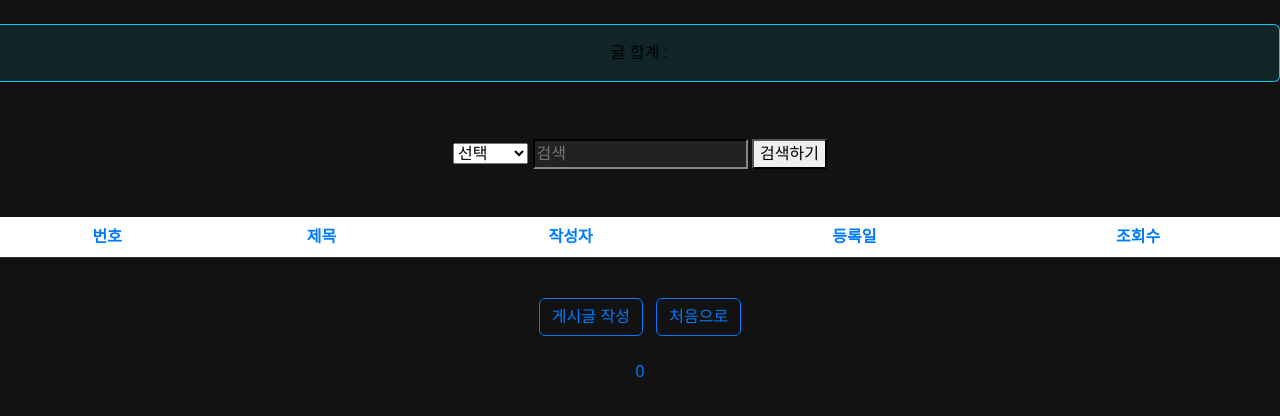
Repository: bbqju13/simai
Page: http://localhost/zip/WEB-INF/views/board/list.jsp
An editor plug-in stored every save of this project. The page is shown before and after the next save, followed by the edit.
The browser window is 1280 px wide. The pictures show the whole page.
The page is served by Tomcat 9. Nobody is signed in. The template is opened directly, without the code that normally fills it, so the values that code supplies are empty.

Above is the page before, as saved 2023-06-20 00:18:55.

After the next save:
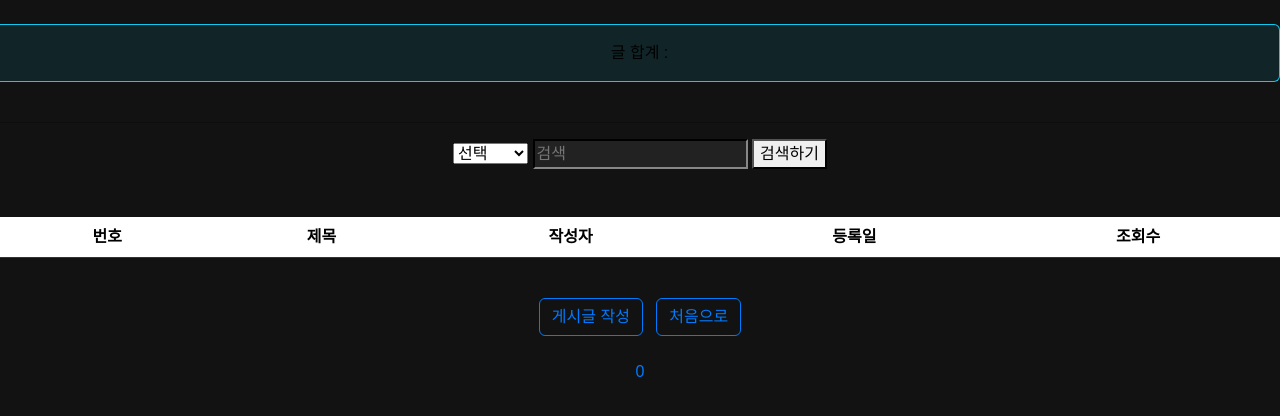
Saved 13 s later.
--- a/zip/src/main/webapp/resources/css/list.css
+++ b/zip/src/main/webapp/resources/css/list.css
@@ -28,11 +28,12 @@ body {
 }
 
 .table thead th {
-	color: #007bff;
+	color: black;
+
 }
 
 .table tbody tr td, .table tbody tr th {
-	color: #fff;
+	color: black;
 }
 
 .btn-outline-primary {
